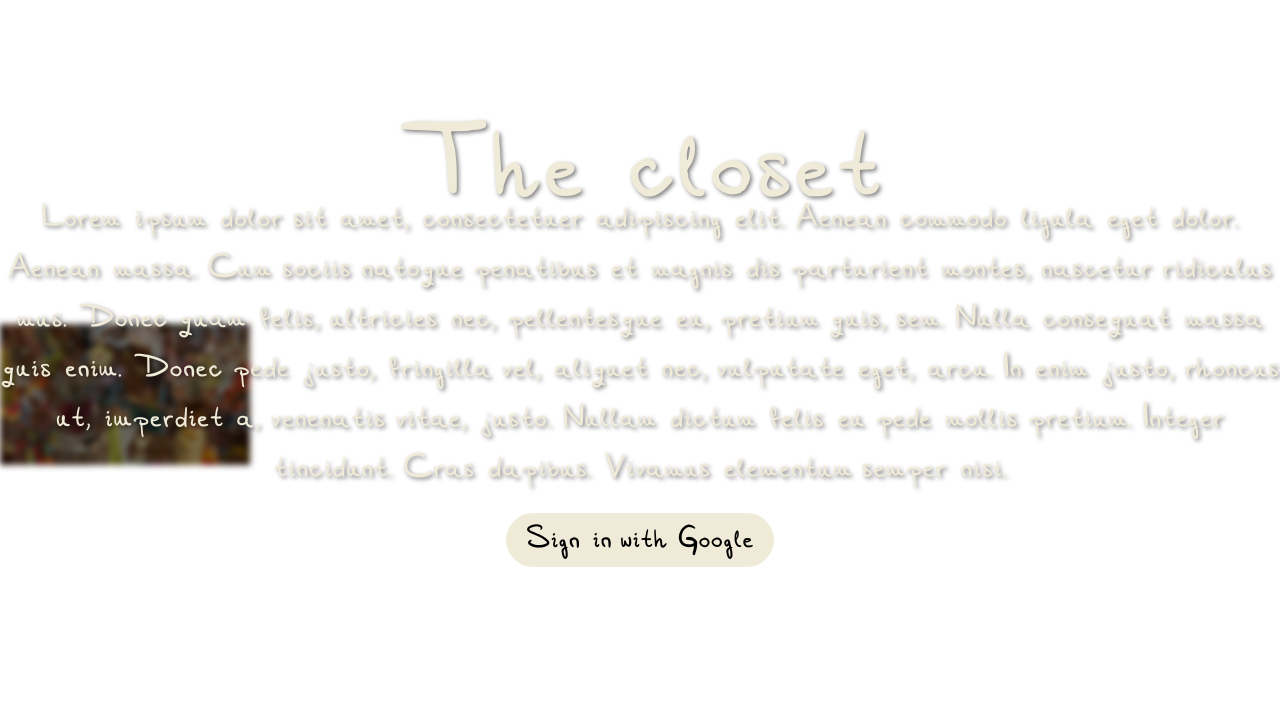
Repository: karla-sikavica/theCloset
Page: / (app in frontend/)
An editor plug-in stored every save of this project. The page is shown before and after the next save, followed by the edit.
The browser window is 1280 px wide. The pictures show the whole page.
The project was rebuilt for these pictures with package versions that can differ from the ones it lists, and the page was loaded fresh each time. Also part of the build but not shown: frontend/vite.config.ts.

Above is the page before, as saved 2025-03-31 20:38:56.

### frontend/src/index.css
@font-face {
  font-family: 'Kalla';
  src: url('/fonts/Kalla-Regular.ttf') format('truetype');
  font-weight: 400;
  font-style: normal;
}

:root {
  font-family: 'Kalla', 'Times New Roman', Avenir, Helvetica, Arial, sans-serif;
  line-height: 50px;
  font-weight: 400;
  display: block;


  font-synthesis: none;
  text-rendering: optimizeLegibility;
  -webkit-font-smoothing: antialiased;
  -moz-osx-font-smoothing: grayscale;
}

### frontend/src/App.tsx
import { BrowserRouter as Router, Routes, Route } from "react-router-dom";
import "./App.css";
import Login from "./pages/Login";
import Collage from "./components/ui/Collage";

function App() {
  return (
    <Router>
      <Collage />

      <div className="main-content">
        <Routes>
          <Route path="/" element={<Login></Login>} />
          <Route path="/login" element={<Login />} />
        </Routes>
      </div>
    </Router>
  );
}

export default App;

### frontend/src/App.css
#root {
  max-width: 1280px;
  margin: 0 auto;
  padding: 2rem;
  text-align: center;
}

body {
  color:#f0ebd8  ;
  text-shadow: 2px 2px 4px rgba(0, 0, 0, 0.5);
}

body, html, #root {
  margin: 0;
  padding: 0;
  height: 100%;
  width: 100%;
  overflow: hidden;
}

/* Optional: to make sure your app content appears above the collage */
.main-content {
  z-index: 10;

   position: relative;
  /*pointer-events: auto;
  height: 100%; */
}

/*
body::before {
  content: "";
  position: fixed;
  top: 0;
  left: 0;
  width: 100vh;
  height: 100vw;
  background-image: url("/images/download.jpeg");
  background-repeat: no-repeat;
  background-size: cover;
  background-position: center;
  transform: rotate(270deg) translate(-100vh, 0);
  transform-origin: top left;
  z-index: -1;
}

body::after {
  content: "";
  position: fixed;
  top: 0;
  left: 0;
  width: 100vw;
  height: 100vh;
  /* background: rgba(50, 30, 10, 0.6); */
/*   z-index: -1;
 *//* */

### frontend/src/pages/Login.tsx
import GoogleLogin from "../components/ui/GoogleLogin";
import styles from "./css/Login.module.css";

function Login() {
  return (
    <div className={styles.loginContainer}>
      <h1 className={styles.loginTitle}>The closet</h1>
      <h2 className={styles.loginSubtitle}>
        Lorem ipsum dolor sit amet, consectetuer adipiscing elit. Aenean commodo
        ligula eget dolor. Aenean massa. Cum sociis natoque penatibus et magnis
        dis parturient montes, nascetur ridiculus mus. Donec quam felis,
        ultricies nec, pellentesque eu, pretium quis, sem. Nulla consequat massa
        quis enim. Donec pede justo, fringilla vel, aliquet nec, vulputate eget,
        arcu. In enim justo, rhoncus ut, imperdiet a, venenatis vitae, justo.
        Nullam dictum felis eu pede mollis pretium. Integer tincidunt. Cras
        dapibus. Vivamus elementum semper nisi.
      </h2>
      <div className={styles.googleLoginContainer}>
        <GoogleLogin />
      </div>
    </div>
  );
}

export default Login;

### frontend/src/components/ui/Collage.tsx
import React, { useEffect, useRef } from "react";
import "../css/Collage.css";

/* const imageCount = 32;
 */
type CollageImage = {
  src: string;
  top: string;
  left: string;
  width: string;
  rotate?: string;
  zIndex?: number;
};

const collageConfig: CollageImage[] = [
  {
    src: "/images/collage.jpg",
    top: "45%",
    left: "0%",
    width: "250px",
    rotate: "0deg",
    zIndex: 2,
  },

  /*
  {
    src: "/images/photo%20(1).png",
    top: "45%",
    left: "0%",
    width: "250px",
    rotate: "0deg",
    zIndex: 2,
  },
  {
    src: "/images/photo%20(2).png",
    top: "30%",
    left: "25%",
    width: "400px",
    rotate: "0deg",
    zIndex: 1,
  },
  {
    src: "/images/photo%20(3).png",
    top: "18%",
    left: "40%",
    width: "350px",
    rotate: "0deg",
    zIndex: 0,
  },
  {
    src: "/images/photo%20(4).png",
    top: "-5%",
    left: "55%",
    width: "400px",
    rotate: "0deg",
    zIndex: 2,
  },
  {
    src: "/images/photo%20(5).png",
    top: "30%",
    left: "40%",
    width: "260px",
    rotate: "0deg",
    zIndex: 1,
  },
  {
    src: "/images/photo%20(6).png",
    top: "10%",
    left: "18%",
    width: "300px",
    rotate: "0deg",
    zIndex: 4,
  },
  {
    src: "/images/photo%20(7).png",
    top: "38%",
    left: "70%",
    width: "400px",
    rotate: "0deg",
    zIndex: 1,
  },
  {
    src: "/images/photo%20(8).png",
    top: "0%",
    left: "0%",
    width: "350px",
    rotate: "0deg",
    zIndex: 1,
  },
  {
    src: "/images/photo%20(9).png",
    top: "0%",
    left: "35%",
    width: "280px",
    rotate: "-6deg",
    zIndex: 3,
  },
  {
    src: "/images/photo%20(10).png",
    top: "42%",
    left: "20%",
    width: "200px",
    rotate: "15deg",
    zIndex: 1,
  },
  {
    src: "/images/photo%20(11).png",
    top: "-20%",
    left: "70%",
    width: "400px",
    rotate: "0deg",
    zIndex: 0,
  },
  {
    src: "/images/photo%20(12).png",
    top: "-20%",
    left: "10%",
    width: "350px",
    rotate: "-9deg",
    zIndex: 1,
  },
  {
    src: "/images/photo%20(13).png",
    top: "0%",
    left: "6%",
    width: "550px",
    rotate: "0deg",
    zIndex: 0,
  },
  {
    src: "/images/photo%20(14).png",
    top: "50%",
    left: "-5%",
    width: "260px",
    rotate: "0deg",
    zIndex: 0,
  },
  {
    src: "/images/photo%20(15).png",
    top: "45%",
    left: "70%",
    width: "170px",
    rotate: "-8deg",
    zIndex: 1,
  },
  {
    src: "/images/photo%20(16).png",
    top: "3%",
    left: "48%",
    width: "500px",
    rotate: "3deg",
    zIndex: 0,
  },
  {
    src: "/images/photo%20(17).png",
    top: "0%",
    left: "45%",
    width: "380px",
    rotate: "0deg",
    zIndex: 1,
  },
  {
    src: "/images/photo%20(18).png",
    top: "75%",
    left: "-3%",
    width: "200px",
    rotate: "10deg",
    zIndex: 3,
  },
  {
    src: "/images/photo%20(19).png",
    top: "22%",
    left: "86%",
    width: "290px",
    rotate: "0deg",
    zIndex: 2,
  },
  {
    src: "/images/photo%20(30).png",
    top: "-20%",
    left: "80%",
    width: "300px",
    rotate: "-27deg",
    zIndex: 3,
  },
  {
    src: "/images/photo%20(29).png",
    top: "-5%",
    left: "-2%",
    width: "270px",
    rotate: "150deg",
    zIndex: 3,
  },
  {
    src: "/images/photo%20(22).png",
    top: "65%",
    left: "55%",
    width: "260px",
    rotate: "180deg",
    zIndex: 0,
  },
  {
    src: "/images/photo%20(25).png",
    top: "80%",
    left: "52%",
    width: "80px",
    rotate: "0deg",
    zIndex: 2,
  } ,
  {
    src: "/images/photo%20(24).png",
    top: "15%",
    left: "50%",
    width: "190px",
    rotate: "6deg",
    zIndex: 1,
  },
  {
    src: "/images/photo%20(25).png",
    top: "10%",
    left: "30%",
    width: "160px",
    rotate: "-4deg",
    zIndex: 3,
  },
  {
    src: "/images/photo%20(26).png",
    top: "40%",
    left: "50%",
    width: "170px",
    rotate: "11deg",
    zIndex: 2,
  },
  {
    src: "/images/photo%20(27).png",
    top: "50%",
    left: "75%",
    width: "180px",
    rotate: "-9deg",
    zIndex: 1,
  },
  {
    src: "/images/photo%20(28).png",
    top: "35%",
    left: "10%",
    width: "200px",
    rotate: "4deg",
    zIndex: 2,
  },
  {
    src: "/images/photo%20(29).png",
    top: "25%",
    left: "65%",
    width: "190px",
    rotate: "-5deg",
    zIndex: 3,
  },
  {
    src: "/images/photo%20(30).png",
    top: "70%",
    left: "85%",
    width: "160px",
    rotate: "6deg",
    zIndex: 1,
  },
  {
    src: "/images/photo%20(31).png",
    top: "80%",
    left: "35%",
    width: "170px",
    rotate: "-3deg",
    zIndex: 2,
  },
  {
    src: "/images/photo%20(32).png",
    top: "90%",
    left: "50%",
    width: "180px",
    rotate: "8deg",
    zIndex: 3,
  }, */
];

const Collage: React.FC = () => {
  return (
    <div className="collage-background">
      {collageConfig.map((img, index) => (
        <img
          key={index}
          src={img.src}
          alt={`collage-img-${index}`}
          className="collage-img"
          style={{
            top: img.top,
            left: img.left,
            width: img.width,
            transform: `rotate(${img.rotate || "0deg"})`,
            zIndex: img.zIndex || 0,
          }}
        />
      ))}
    </div>
  );
};

export default Collage;

/*
const Collage: React.FC = () => {
  const containerRef = useRef<HTMLDivElement>(null);

  useEffect(() => {
    const container = containerRef.current;
    if (!container) return;

    const imgs = container.querySelectorAll("img");
    imgs.forEach((img) => {
      const x = Math.random() * 100;
      const y = Math.random() * 100;
      const rotate = Math.random() * 20 - 10; // rotate between -10 and +10 degrees
      const z = Math.floor(Math.random() * 10); // random z-index

      img.style.top = `${y}vh`;
      img.style.left = `${x}vw`;
      img.style.transform = `rotate(${rotate}deg)`;
      img.style.zIndex = z.toString();
    });
  }, []);

  return (
    <div className="collage-background" ref={containerRef}>
      {[...Array(imageCount)].map((_, index) => (
        <img
          key={index}
          src={`/images/photo%20(${index + 1}).png`}
          alt={`collage-img-${index}`}
          className="collage-img"
        />
      ))}
    </div>
  );
};

export default Collage; */

### frontend/src/components/ui/GoogleLogin.tsx
// src/components/GoogleLogin.js
import { signInWithPopup } from "firebase/auth";
import { auth, googleProvider } from "../../firebase";
import GoogleButton from "./GoogleButton";

function GoogleLogin() {
  const handleGoogleLogin = async () => {
    try {
      const result = await signInWithPopup(auth, googleProvider);
      const user = result.user;

      const token = await user.getIdToken();
      console.log("✅ Google login successful! Token:", token);

      const res = await fetch("http://localhost:8080/users", {
        headers: {
          Authorization: `Bearer ${token}`,
        },
      });

      const data = await res.json();
      console.log("Backend response:", data);
    } catch (error: any) {
      console.error("❌ Google login error:", error.message);
    }
  };

  return (
    <div>
      <GoogleButton onClick={handleGoogleLogin}>
        Sign in with Google
      </GoogleButton>{" "}
    </div>
  );
}

export default GoogleLogin;

### frontend/src/pages/css/Login.module.css
/* Centering the login container */
.loginContainer {
    display: flex;
    flex-direction: column;
    align-items: center;
    justify-content: center;
    height: 100vh; /* Full screen height */
    text-align: center;
  }

  /* Main title styling */
  .loginTitle {
    font-size: 200px;
    margin: 0;
    font-weight: bold;
    font-family: 'Kalla', sans-serif;
  }

  /* Subtitle styling */
  .loginSubtitle {
    font-size: 60px;
    margin: 0;
    font-family: 'Kalla', sans-serif;
  }

  /* Google button container */
  .googleLoginContainer {
    margin-top: 20px;
  }

### frontend/src/components/css/Collage.css

  .collage-background {
    position: fixed;
    top: 0;
    left: 0;
    width: 100vw;
    height: 100vh;
    overflow: hidden;
    z-index: 0;
    pointer-events: auto;
  }

  .collage-img {
    position: absolute;
    object-fit: contain;
    filter:  blur(3px) brightness(0.5);
    pointer-events: auto;
    border: none;
  }

  .collage-img:hover {
    filter: grayscale(0%);

     border: 3px solid bisque;
   }

### frontend/src/firebase.ts
import { initializeApp } from "firebase/app";
import { getAuth, GoogleAuthProvider  } from "firebase/auth";

//import { getAnalytics } from "firebase/auth";

const firebaseConfig = {
  apiKey: "AIzaSyAbHQdx6UcrnGOItmjSgqMahJKQc3tssx8",
  authDomain: "thecloset-7ba5e.firebaseapp.com",
  projectId: "thecloset-7ba5e",
  storageBucket: "thecloset-7ba5e.firebasestorage.app",
  messagingSenderId: "77195632073",
  appId: "1:77195632073:web:69fd94b7e825471e71dc18",
  measurementId: "G-8GEFS4DWQG"
};

// Initialize Firebase
const app = initializeApp(firebaseConfig);
export const auth = getAuth(app);
export const googleProvider = new GoogleAuthProvider();


//const analytics = getAnalytics(app);

### frontend/src/components/ui/GoogleButton.tsx
import styles from "../css/GoogleButton.module.css";

interface Props {
  children: React.ReactNode;
  onClick: () => void;
}

const GoogleButton = ({ onClick, children }: Props) => {
  return (
    <button onClick={onClick} className={styles.googleButton}>
      {children}
    </button>
  );
};

export default GoogleButton;

### frontend/src/components/css/GoogleButton.module.css
.googleButton{
    border-radius: 50px;
    padding: 5px 20px;
    background-color: #f0ebd8;
    border: none;
    font-family: 'Kalla', sans-serif;
    font-size: 55px;
    font-weight: 400;

}

.googleButton:hover{
    background-color: #cfcbb9;
}

Loaded but not shown: frontend/index.html (common file); frontend/src/main.tsx (common file)

After the next save:
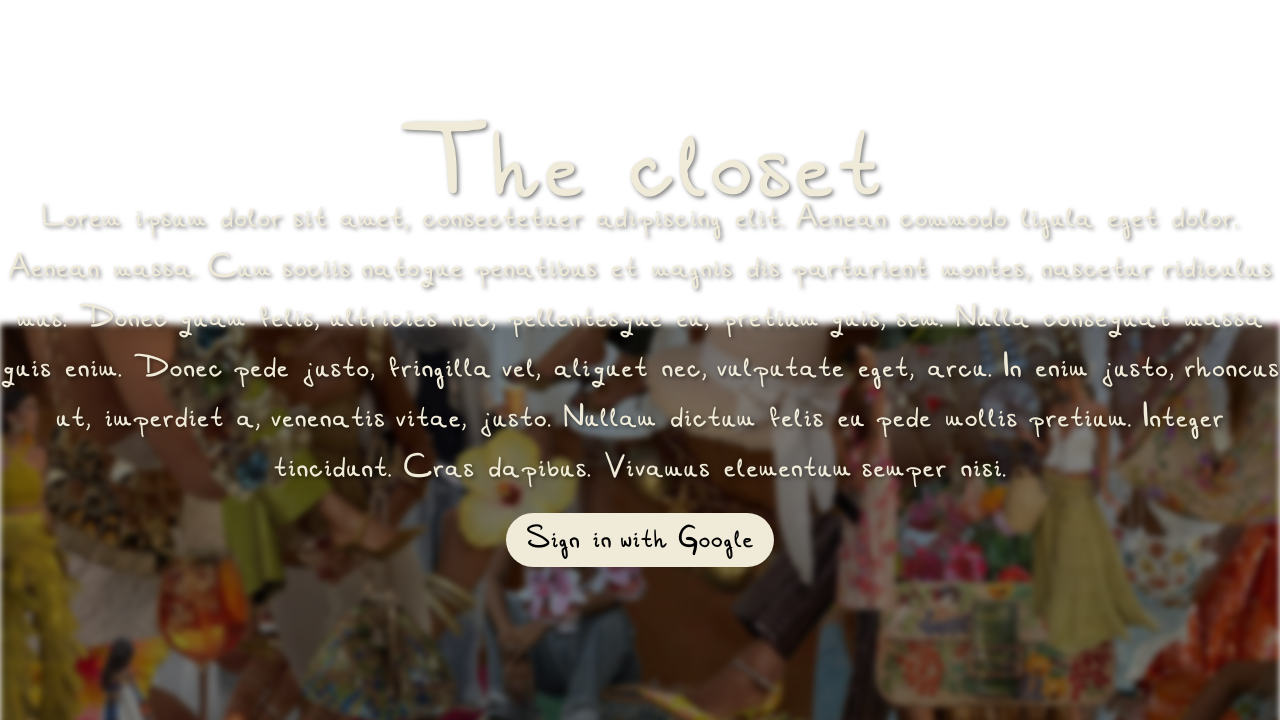
Saved 15 s later.
--- a/frontend/src/components/ui/Collage.tsx
+++ b/frontend/src/components/ui/Collage.tsx
@@ -17,7 +17,7 @@
     src: "/images/collage.jpg",
     top: "45%",
     left: "0%",
-    width: "250px",
+    width: "100%",
     rotate: "0deg",
     zIndex: 2,
   },
